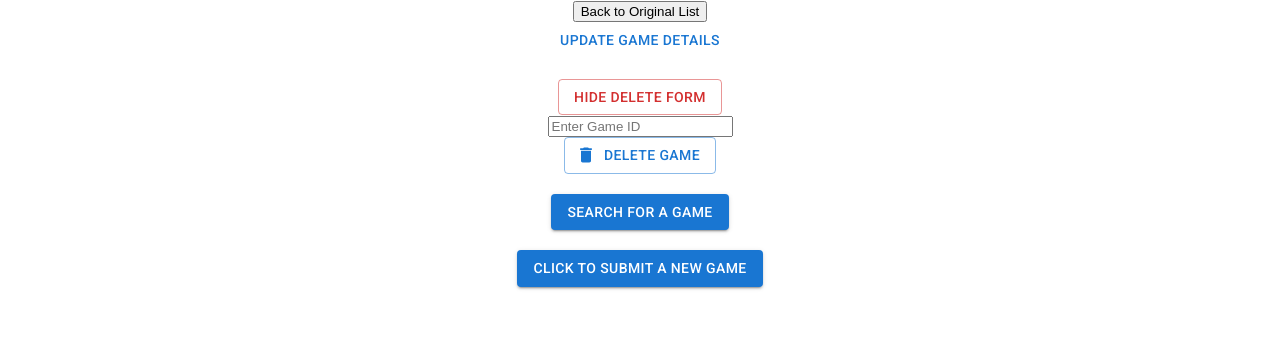
Repository: The-Software-Guild/assessment-2-react-nj10deadend
Page: / (app in Part-2/React-section/frontend/), after clicking the first element matching `button.MuiButton-outlinedError`
These files come from the project's save history. The page is drawn as it stood at one moment and after the next save; the edit follows.
The browser window is 1280 px wide. The pictures show the whole page.
The page's requests for data from a server got no answer. The project was rebuilt for these pictures with package versions that can differ from the ones it lists, and the page was loaded fresh each time. No one was signed in, and anything a server would have sent is missing. Also part of the build but not shown: Part-2/React-section/frontend/src/components/GameCards.js.

Above is the page before, as saved 2021-12-19 16:26:12.

After the next save:
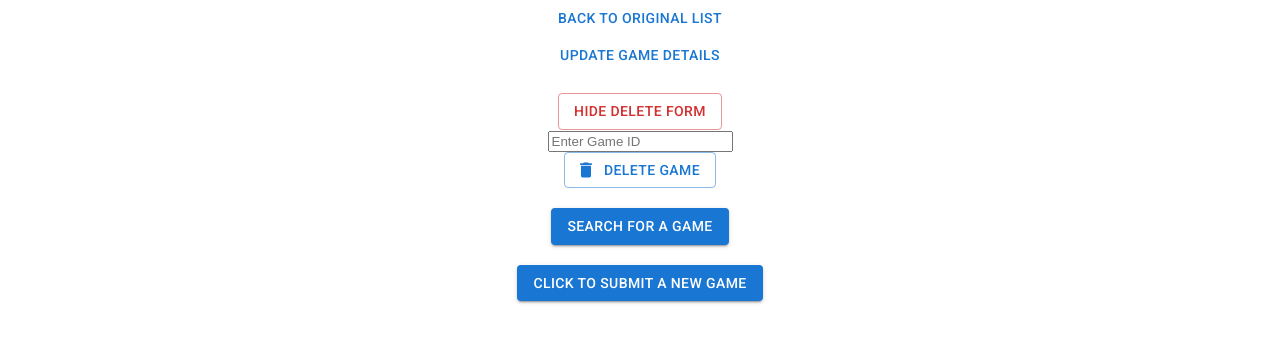
Saved 19 s later.
--- a/Part-2/React-section/frontend/src/App.js
+++ b/Part-2/React-section/frontend/src/App.js
@@ -9,7 +9,7 @@ import {useState, useEffect} from 'react';
 import Container from '@mui/material/Container';
 
 // import {Container} from '@mui/material';
-// import Button from '@mui/material/Button';
+import Button from '@mui/material/Button';
 // import Typography from '@mui/material/Typography';
 
 function App() {
@@ -30,7 +30,7 @@ function App() {
     // <div className="App">
     <Container className="App">
 
-      <button onClick={getFetchGameServer}>Back to Original List</button>
+      <Button onClick={getFetchGameServer}>Back to Original List</Button>
       <UpdateGame getFetchGameServer={getFetchGameServer}/>
       <br></br>
       <DeleteGame getFetchGameServer={getFetchGameServer} />
